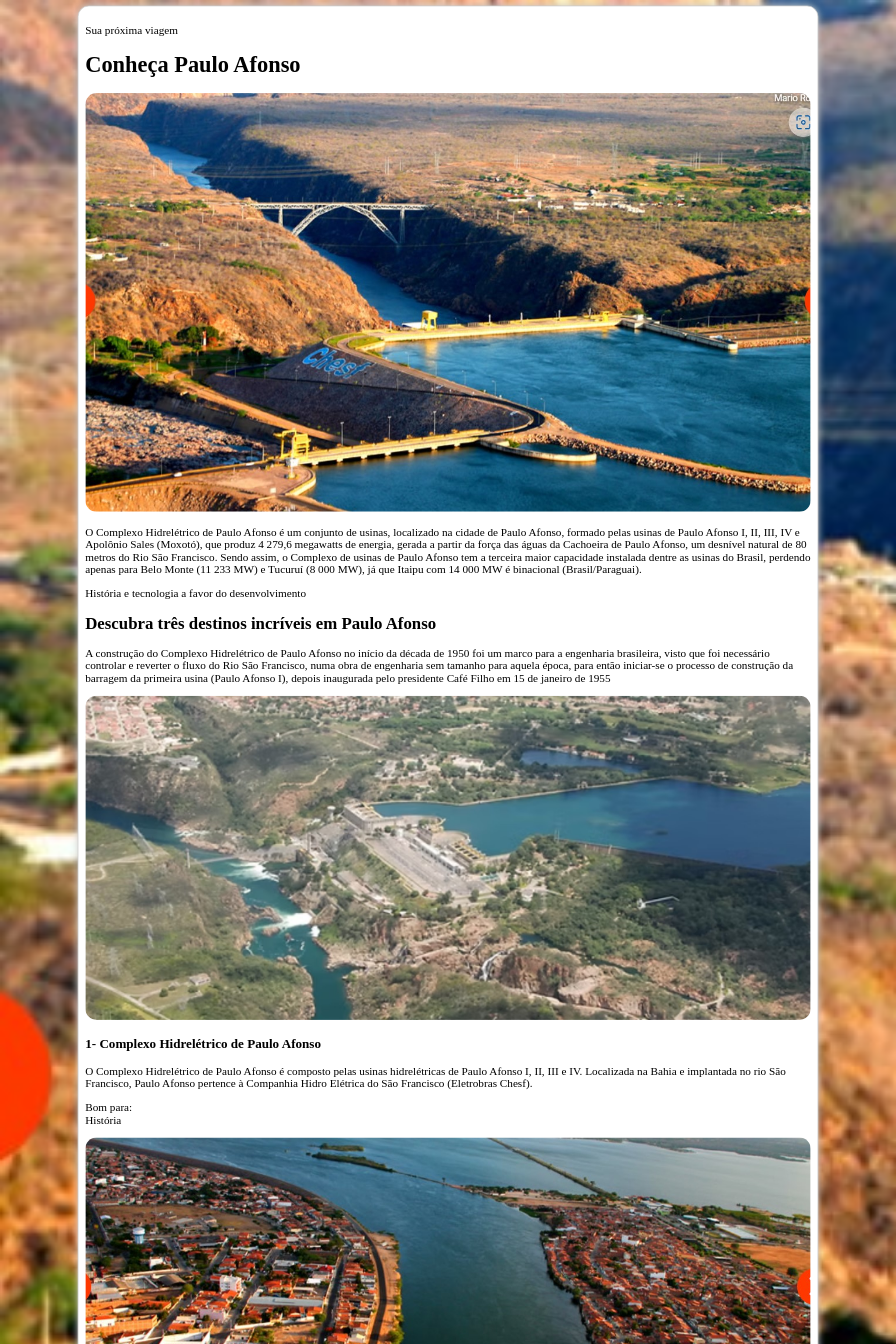
Repository: JeffRodFer/testeGitXGithub
Page: index.html
An editor plug-in stored every save of this project. The page is shown before and after the next save, followed by the edit.
The browser window is 1280 px wide. The pictures show the part of the page from y = 0 to 1920 px (the page is 3098 px tall before and 3110 px after), at 70% of full size.

Above is the page before, as saved 2025-03-15 22:43:58.

### index.html
<!DOCTYPE html>
<html lang="pt-br">
<head>
    <meta charset="UTF-8">
    <meta name="viewport" content="width=device-width, initial-scale=1.0">
    <title>Local Turístico</title>
    <link rel="stylesheet" href="style.css">

</head>
<body>
    <main class="page">
        <div>
            <p id="pred">Sua próxima viagem</p>
            <h1>Conheça Paulo Afonso</h1>
            <section>
                <img src="assets/main.jpg" alt="visão geral da hidroelêtrica">
                <p>O Complexo Hidrelétrico de Paulo Afonso é um conjunto de usinas, localizado na cidade de Paulo Afonso, formado pelas usinas de Paulo Afonso I, II, III, IV e Apolônio Sales (Moxotó), que produz 4 279,6 megawatts de energia, gerada a partir da força das águas da Cachoeira de Paulo Afonso, um desnível natural de 80 metros do Rio São Francisco. Sendo assim, o Complexo de usinas de Paulo Afonso tem a terceira maior capacidade instalada dentre as usinas do Brasil, perdendo apenas para Belo Monte (11 233 MW) e Tucuruí (8 000 MW), já que Itaipu com 14 000 MW é binacional (Brasil/Paraguai). </p>
            </section>
            <section>
                <p id="pred">História e tecnologia a favor do desenvolvimento</p>
                <h2>Descubra três destinos incríveis em Paulo Afonso</h2>
                <p>
                         A construção do Complexo Hidrelétrico de Paulo Afonso no início da década de 1950 foi um marco para a engenharia brasileira, visto que foi necessário controlar e reverter o fluxo do Rio São Francisco, numa obra de engenharia sem tamanho para aquela época, para então iniciar-se o processo de construção da barragem da primeira usina (Paulo Afonso I), depois inaugurada pelo presidente Café Filho em 15 de janeiro de 1955
                </p>
                <img src="assets/complexohidroele.jpg" alt="hidroelêtrica">
                <h3>1- Complexo Hidrelétrico de Paulo Afonso</h3>
                <p>
                     O Complexo Hidrelétrico de Paulo Afonso é composto pelas usinas hidrelétricas de Paulo Afonso I, II, III e IV. Localizada na Bahia e implantada no rio São Francisco, Paulo Afonso pertence à Companhia Hidro Elétrica do São Francisco (Eletrobras Chesf).
                </p>
                <P>Bom para: <br>
                   História </P>
            </section>
            <section>
                <img src="assets/aerea.jpg" alt="praias para banho as margens do Rio São Francisco">
                <h3>2- Praias para banho as margens do Rio São Francisco.</h3>
                <p>
                    Na zona urbana do município, a praia Canto das Águas, conhecida como Prainha de Glória; Na zona rural, além de várias serras, a praia do Bode Assado, as trilhas ecológicas e as agrovilas, onde é possível visitar os projetos agrícolas irrigados com as águas do Rio São Francisco.
                </p>
                <p>Bom para: <br>
                    Lazer</p>
            </section>
            <section>
                <img src="assets/quedasdagua.jpg" alt="quedas d'agua nos canions do rio são francisco">
                <h3>3- Quedas d'água nos canions do Rio São Francisco.</h3>
                <p>
                    A região é conhecida como "O Canion da Água" e possui a maior quantidade de quedas d'água do mundo, com mais de 100 canions. A maior delas, o Canion de São Francisco, tem quase 100m de altura. Além de um estrutura com restaurantes e pousasdas que servem como ponto de partida para os turistas que fazem expedições pelo grande Rio São Francisco.
                </p>
                <p>Bom para: <br>
                    Turismo <br>
                    Lazer <br>
                    Aventura</p>
            </section>
            <p>Lorem ipsum dolor, sit amet consectetur adipisicing elit. Aspernatur tempore eum eveniet optio obcaecati sed mollitia porro, perspiciatis atque quae, fuga, praesentium itaque quibusdam corporis in eos repellat. Illo, qui.</p>
            <p>Lorem ipsum dolor sit amet consectetur adipisicing elit. Doloribus possimus similique ex voluptate quis dolor, impedit exercitationem quos a quaerat quo magni voluptas accusamus cupiditate, tempore asperiores, blanditiis inventore saepe.</p>
        </div>
    </main>
</body>
</html>

### style.css
body {
    /* background-color: white; */
    background-image: url(assets/main.jpg);
    background-size: cover;

}

.page {
    width: 82%;
    margin: 0 auto;
    padding: 10px;
    background-color: white;
    border: 1px solid #ccc;
    border-radius: 16px;
    box-shadow: 0 0 10px #ccc;
}
img
    {
        max-width: 100%;
        height: auto;
        border-radius: 16px;
    }

 .page p pre{
    color: red;
}
h1, h2, h3 {
    color: black;
    text-decoration: bold;
}

After the next save:
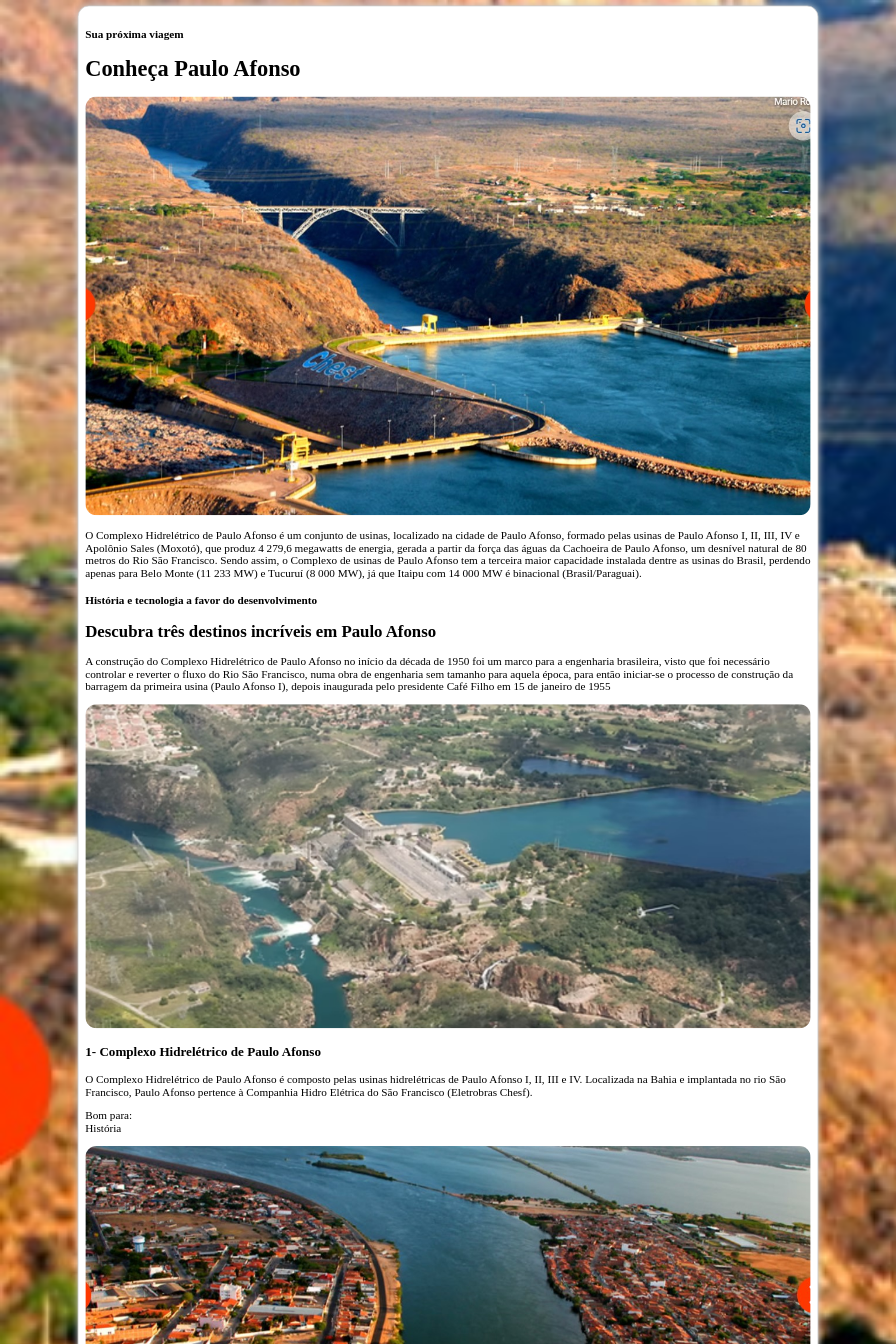
Saved 2 min 30 s later.
--- a/index.html
+++ b/index.html
@@ -10,14 +10,14 @@
 <body>
     <main class="page">
         <div>
-            <p id="pred">Sua próxima viagem</p>
+            <h4>Sua próxima viagem</h4>
             <h1>Conheça Paulo Afonso</h1>
             <section>
                 <img src="assets/main.jpg" alt="visão geral da hidroelêtrica">
                 <p>O Complexo Hidrelétrico de Paulo Afonso é um conjunto de usinas, localizado na cidade de Paulo Afonso, formado pelas usinas de Paulo Afonso I, II, III, IV e Apolônio Sales (Moxotó), que produz 4 279,6 megawatts de energia, gerada a partir da força das águas da Cachoeira de Paulo Afonso, um desnível natural de 80 metros do Rio São Francisco. Sendo assim, o Complexo de usinas de Paulo Afonso tem a terceira maior capacidade instalada dentre as usinas do Brasil, perdendo apenas para Belo Monte (11 233 MW) e Tucuruí (8 000 MW), já que Itaipu com 14 000 MW é binacional (Brasil/Paraguai). </p>
             </section>
             <section>
-                <p id="pred">História e tecnologia a favor do desenvolvimento</p>
+                <h4>História e tecnologia a favor do desenvolvimento</h4>
                 <h2>Descubra três destinos incríveis em Paulo Afonso</h2>
                 <p>
                          A construção do Complexo Hidrelétrico de Paulo Afonso no início da década de 1950 foi um marco para a engenharia brasileira, visto que foi necessário controlar e reverter o fluxo do Rio São Francisco, numa obra de engenharia sem tamanho para aquela época, para então iniciar-se o processo de construção da barragem da primeira usina (Paulo Afonso I), depois inaugurada pelo presidente Café Filho em 15 de janeiro de 1955
